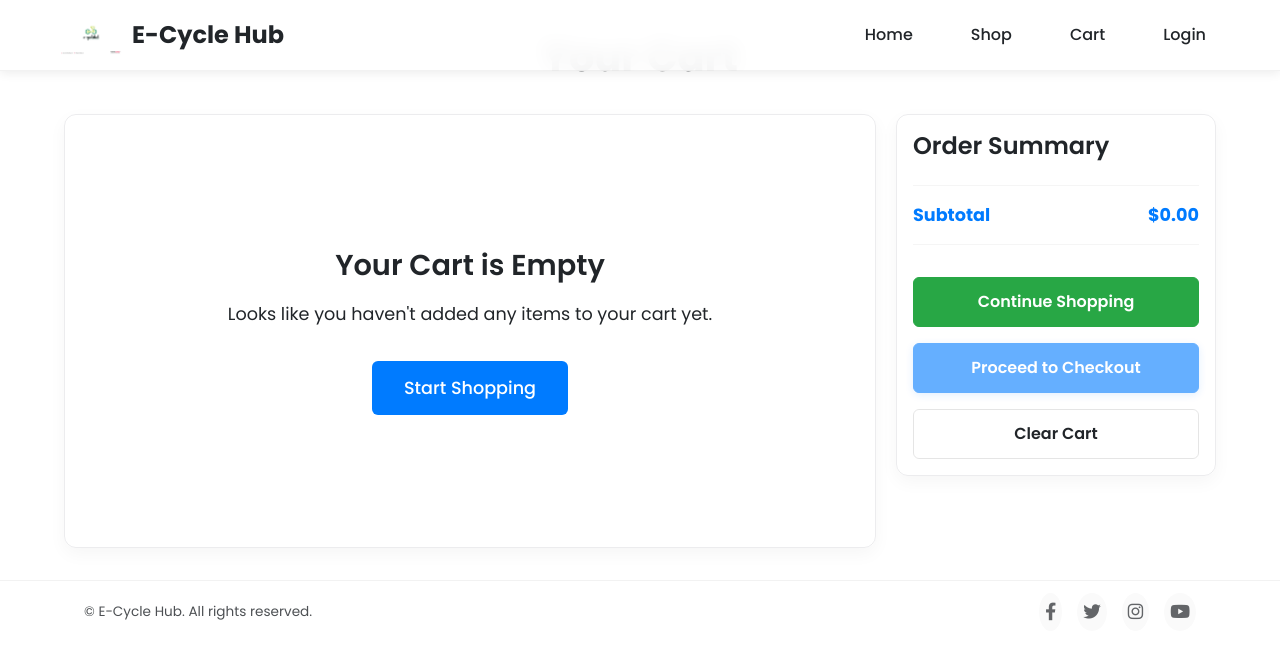
Repository: Rutuja-g/E-Cycle-Hub
Page: public/cart.html
An editor plug-in stored every save of this project. The page is shown before and after the next save, followed by the edit.
The browser window is 1280 px wide. The pictures show the whole page.

Above is the page before, as saved 2025-10-24 18:45:39.

After the next save:
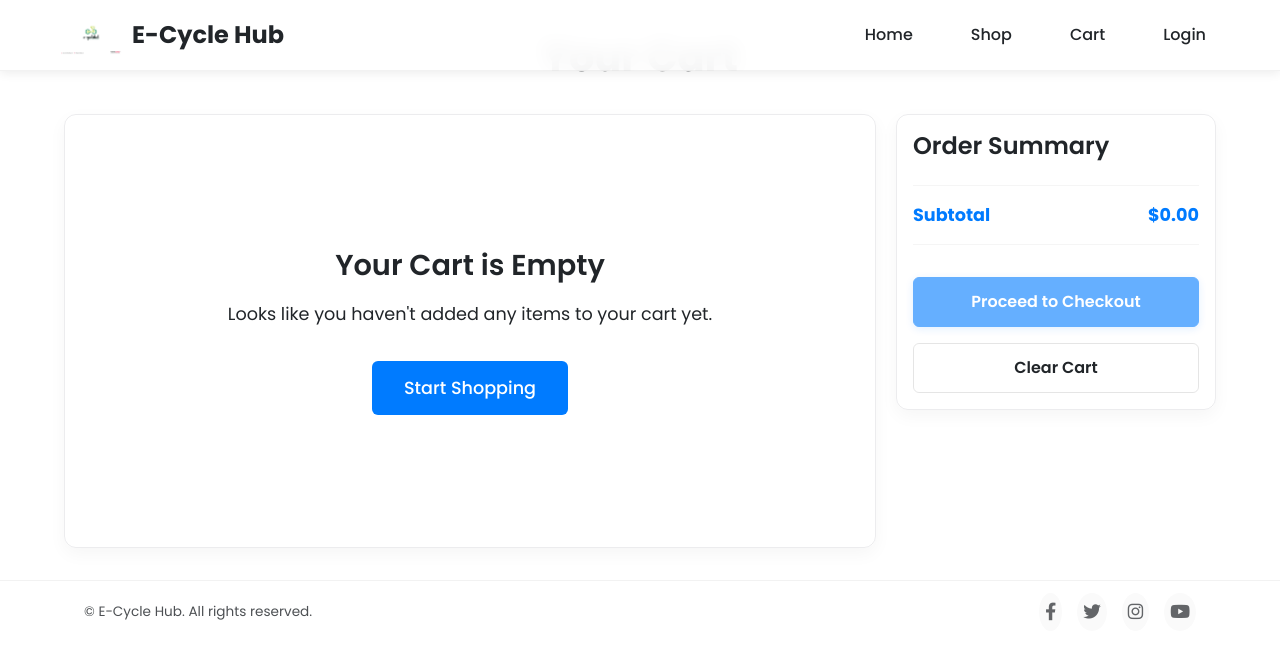
Saved 13 s later.
--- a/public/cart.html
+++ b/public/cart.html
@@ -42,9 +42,6 @@
             </div>
 
             <div class="cart-actions">
-              <a href="shop.html" class="btn btn-secondary"
-                >Continue Shopping</a
-              >
               <button id="checkout-button" class="btn btn-primary checkout-btn">
                 Proceed to Checkout
               </button>
